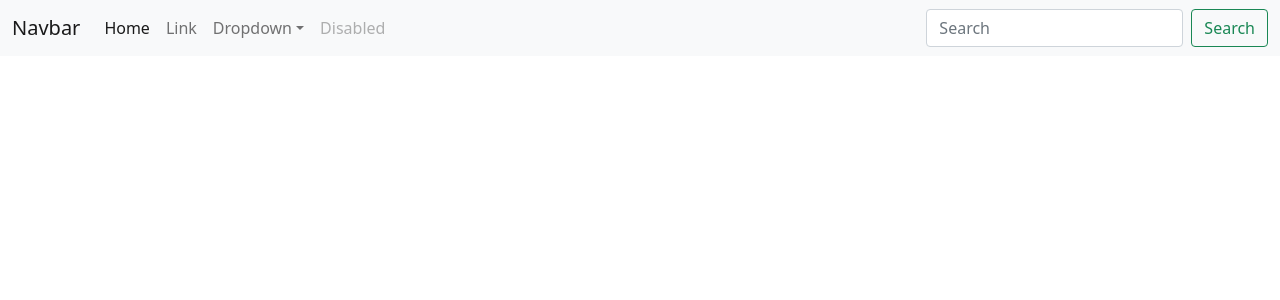
Repository: SaudCh/Web-Mid-Exams
Page: /
An editor plug-in stored every save of this project. The page is shown before and after the next save, followed by the edit.
The browser window is 1280 px wide. The pictures show the whole page.
The project was rebuilt for these pictures with package versions that can differ from the ones it lists, and the page was loaded fresh each time.

Above is the page before, as saved 2021-11-22 10:27:54.

### src/App.js
import React from "react";
import { BrowserRouter as Router, Switch, Route, Link } from "react-router-dom";
import "../node_modules/bootstrap/dist/css/bootstrap.min.css";
import "../node_modules/bootstrap/dist/js/bootstrap.bundle.min";
import Header from "./Shared/Header";

export default function App() {
  return <Header />;
}

### src/Shared/Header.jsx
import React from "react";

export default function Header() {
  return (
    <nav class="navbar navbar-expand-lg navbar-light bg-light">
      <div class="container-fluid">
        <a class="navbar-brand" href="#">
          Navbar
        </a>
        <button
          class="navbar-toggler"
          type="button"
          data-bs-toggle="collapse"
          data-bs-target="#navbarSupportedContent"
          aria-controls="navbarSupportedContent"
          aria-expanded="false"
          aria-label="Toggle navigation"
        >
          <span class="navbar-toggler-icon"></span>
        </button>
        <div class="collapse navbar-collapse" id="navbarSupportedContent">
          <ul class="navbar-nav me-auto mb-2 mb-lg-0">
            <li class="nav-item">
              <a class="nav-link active" aria-current="page" href="#">
                Home
              </a>
            </li>
            <li class="nav-item">
              <a class="nav-link" href="#">
                Link
              </a>
            </li>
            <li class="nav-item dropdown">
              <a
                class="nav-link dropdown-toggle"
                href="#"
                id="navbarDropdown"
                role="button"
                data-bs-toggle="dropdown"
                aria-expanded="false"
              >
                Dropdown
              </a>
              <ul class="dropdown-menu" aria-labelledby="navbarDropdown">
                <li>
                  <a class="dropdown-item" href="#">
                    Action
                  </a>
                </li>
                <li>
                  <a class="dropdown-item" href="#">
                    Another action
                  </a>
                </li>
                <li>
                  <hr class="dropdown-divider" />
                </li>
                <li>
                  <a class="dropdown-item" href="#">
                    Something else here
                  </a>
                </li>
              </ul>
            </li>
            <li class="nav-item">
              <a
                class="nav-link disabled"
                href="#"
                tabindex="-1"
                aria-disabled="true"
              >
                Disabled
              </a>
            </li>
          </ul>
          <form class="d-flex">
            <input
              class="form-control me-2"
              type="search"
              placeholder="Search"
              aria-label="Search"
            />
            <button class="btn btn-outline-success" type="submit">
              Search
            </button>
          </form>
        </div>
      </div>
    </nav>
  );
}

Loaded but not shown: public/index.html (common file); src/index.js (common file); src/index.css (common file); src/reportWebVitals.js (common file)

After the next save:
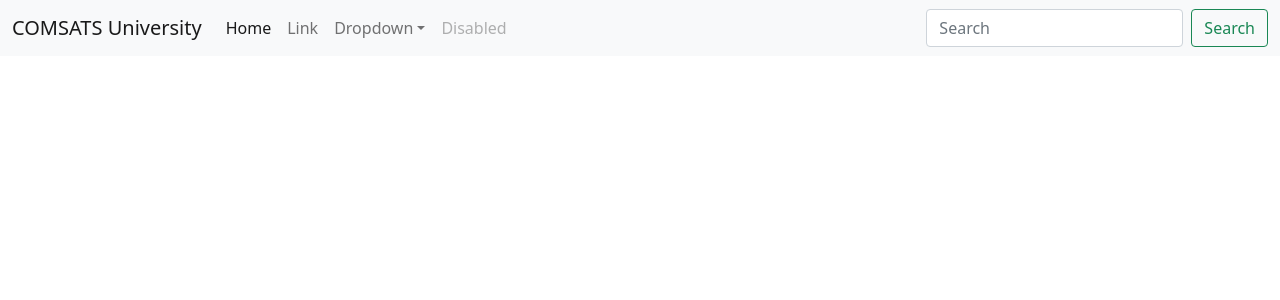
Saved 38 s later.
--- a/src/Shared/Header.jsx
+++ b/src/Shared/Header.jsx
@@ -5,7 +5,7 @@
     <nav class="navbar navbar-expand-lg navbar-light bg-light">
       <div class="container-fluid">
         <a class="navbar-brand" href="#">
-          Navbar
+          COMSATS University
         </a>
         <button
           class="navbar-toggler"
